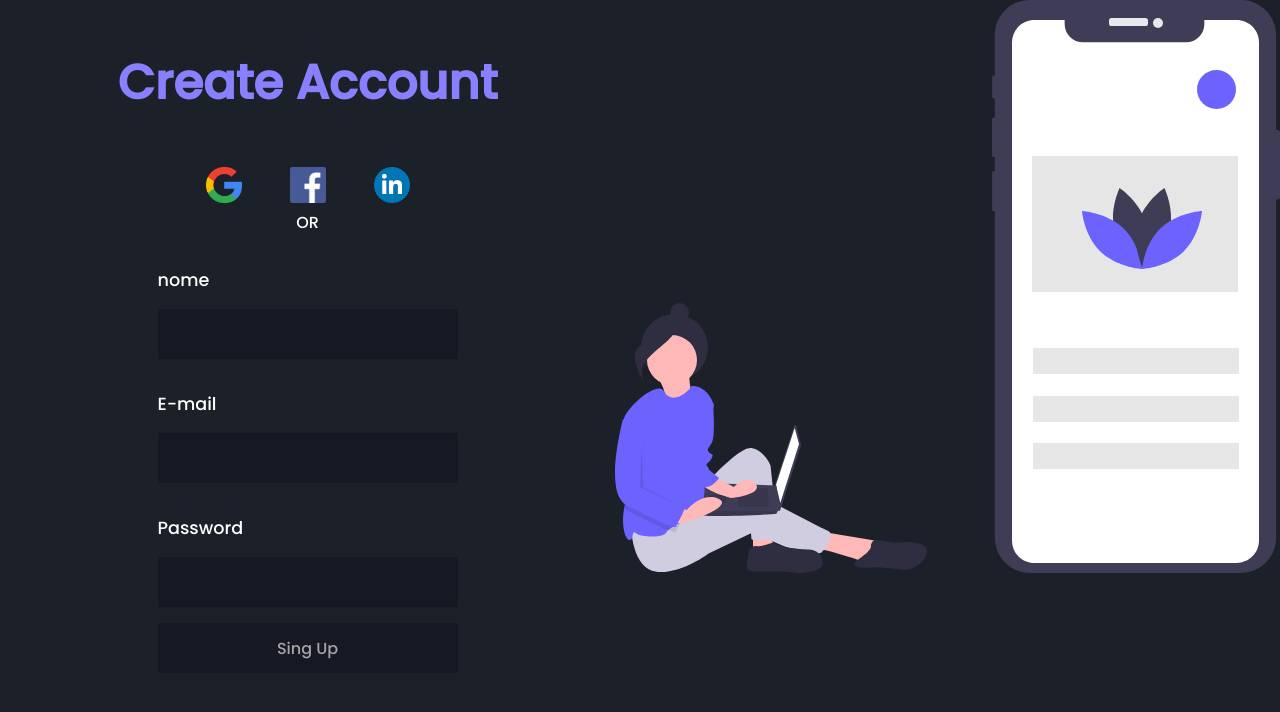
Repository: daniel-victorr/Cadastro
Page: login.html
These files come from the project's save history. The page is drawn as it stood at one moment and after the next save; the edit follows.
The browser window is 1280 px wide. The pictures show the whole page.

Above is the page before, as saved 2022-02-17 16:35:15.

### login.html
<!DOCTYPE html>
<html lang="en">
<head>
    <meta charset="UTF-8">
    <meta http-equiv="X-UA-Compatible" content="IE=edge">
    <meta name="viewport" content="width=device-width, initial-scale=1.0">
    <link rel="stylesheet" href="Cadastro.css">
    <title>Cadastro</title>
</head>
<body>
    <main>
        <h1> Create Account</h1>
          <div class="Social-midia">
             <a href="#">
                <img src="Fotos/google.png" alt="Google">
             </a>
             <a href="#">
                <img src="Fotos/facebook.png" alt="Facebook">
             </a>
             <a href="#">
                <img src="Fotos/linkedin.png"alt="linkedin">
             </a>
          </div>
          <div class="Alternativa">
              <span>OR</span>
          </div>
          <form action="">
              <label for="nome">
                 <span>nome</span>
                 <input type="text" id="nome" name="nome">
              </label>

              <label for="Email">
                  <span>E-mail</span>
                  <input type="text" id="Email" name="Email">
              </label>

              <label for="password">
                  <span>Password</span>
                  <input type="Password" id="Password" name="Password">
              </label>
              <input type="submit" value="Sing Up">

          </form>
    </main>
    <section clas="images">
        <img src="Fotos/mobile.svg" alt="Mobile">
        <div class="circle"></div>
    </section>

</body>
</html>

### Cadastro.css
@import url('https://fonts.googleapis.com/css2?family=Poppins:ital,wght@0,500;1,200&family=Titillium+Web:wght@200&display=swap');

*{
    margin:0;
    padding: 0;
    border: 0;
    box-sizing: border-box;
    font-family: "Poppins",sans-serif;
}

body{
    background: #1B2029;
    color: white;
    font-weight: 500;
    display: flex;
    min-height: 100vh;

}

main{
    width: 50vw;
    display: flex;
    flex-direction: column;
    align-items: center;
    justify-content: center;
}

main h1{
    color:#8880FE;
    font-size: 3rem;
    margin-bottom: 3rem;
}

main .Social-midia{
    display: flex;
    align-content: center;
}

main .Social-midia a{
    text-decoration: none;
}

main .Social-midia img{
    width: 36px;
    margin-left: 3rem;
}

main .Social-midia a:first-child img{
    margin-left: 0;
}

main form{
    display:flex;
    flex-direction: column;
    align-items: center;
}

main form label{
    display: flex;
    flex-direction: column;
}

main form label span{
    font-size: 1.1rem;
    margin-top: 2rem;

}

main form input{
    background: #161923;
    width: 300px;
    height: 50px;
    padding: 0 0.5rem;
    margin-top: 1rem;
    outline: nome;
    color: rgba(166,166,166);
    font-size: 1rem;
    border: 1px solid #;
}

After the next save:
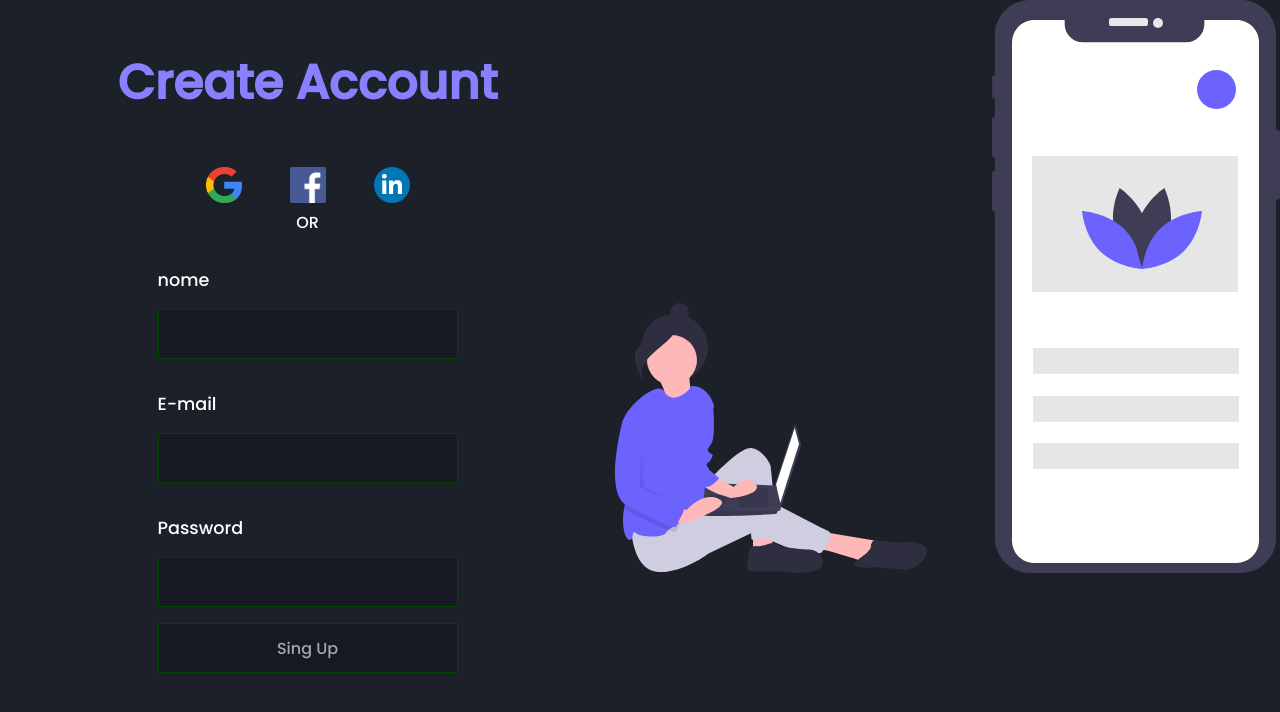
Saved 11 s later.
--- a/Cadastro.css
+++ b/Cadastro.css
@@ -75,5 +75,5 @@ main form input{
     outline: nome;
     color: rgba(166,166,166);
     font-size: 1rem;
-    border: 1px solid #;
+    border: 1px solid #040;
 }
